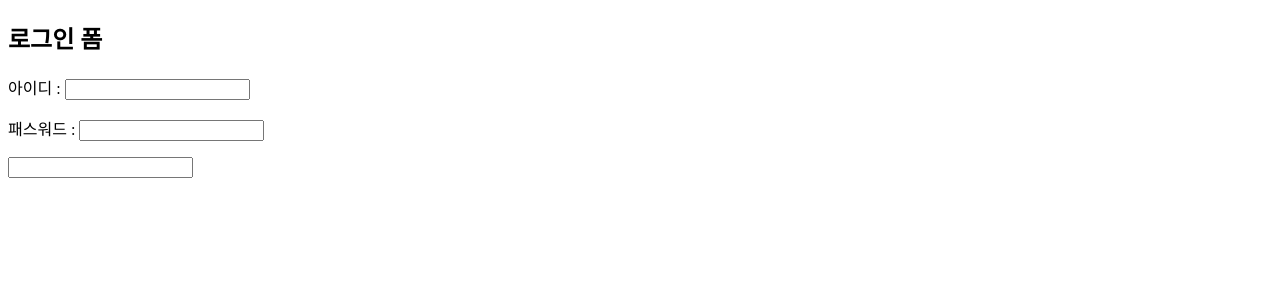
Repository: matodale/StudyJSP
Page: http://localhost/StudyJSP/ch12/sessionLoginForm.jsp
These files come from the project's save history. The page is drawn as it stood at one moment and after the next save; the edit follows.
The browser window is 1280 px wide. The pictures show the whole page.
The page is served by Tomcat 9. Other server files are loaded and not shown.

Above is the page before, as saved 2022-12-23 11:50:10.

### StudyJSP/src/main/webapp/ch12/sessionLoginForm.jsp
<%@ page language="java" contentType="text/html; charset=UTF-8"
    pageEncoding="UTF-8"%>
<!DOCTYPE html>
<html>
<head>
<meta charset="UTF-8">
<title>로그인</title>
</head>
<body>
	<h2>로그인 폼</h2>
	<form method="post" action="sessionLoginPro.jsp">
		<p>아이디 : <input type="text" name="id" maxlength="50"></p>
		<p>패스워드 : <input type="password" name="passwd" maxlength="16"></p>
		<input type="text" name="id" maxlength="50">
	</form>
</body>
</html>

After the next save:
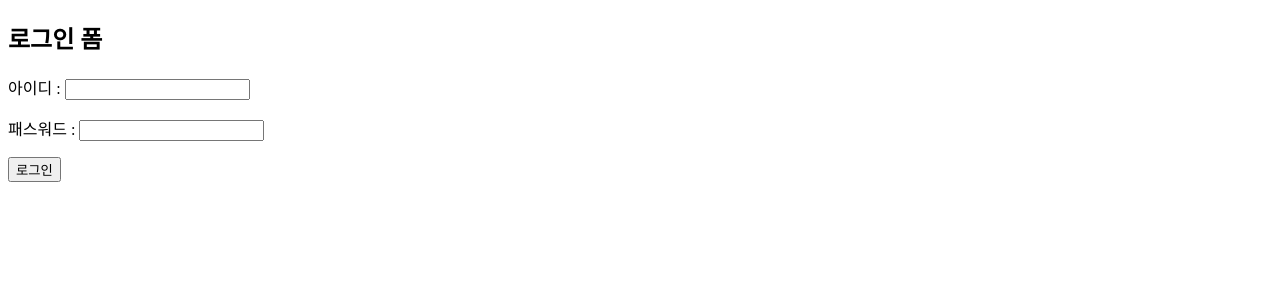
Saved 26 s later.
--- a/StudyJSP/src/main/webapp/ch12/sessionLoginForm.jsp
+++ b/StudyJSP/src/main/webapp/ch12/sessionLoginForm.jsp
@@ -11,7 +11,7 @@
 	<form method="post" action="sessionLoginPro.jsp">
 		<p>아이디 : <input type="text" name="id" maxlength="50"></p>
 		<p>패스워드 : <input type="password" name="passwd" maxlength="16"></p>
-		<input type="text" name="id" maxlength="50">
+		<input type="submit" value="로그인">
 	</form>
 </body>
 </html>
